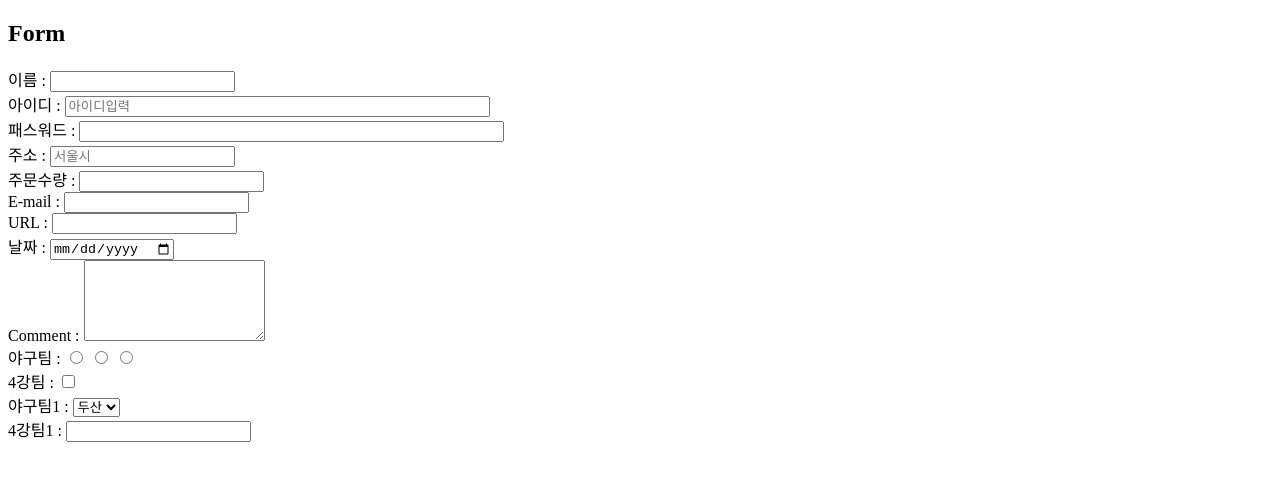
Repository: star-min/jsp_basic
Page: jsp1/web01/src/main/webapp/form.html
These files come from the project's save history. The page is drawn as it stood at one moment and after the next save; the edit follows.
The browser window is 1280 px wide. The pictures show the whole page.

Above is the page before, as saved 2022-04-22 05:40:31.

After the next save:
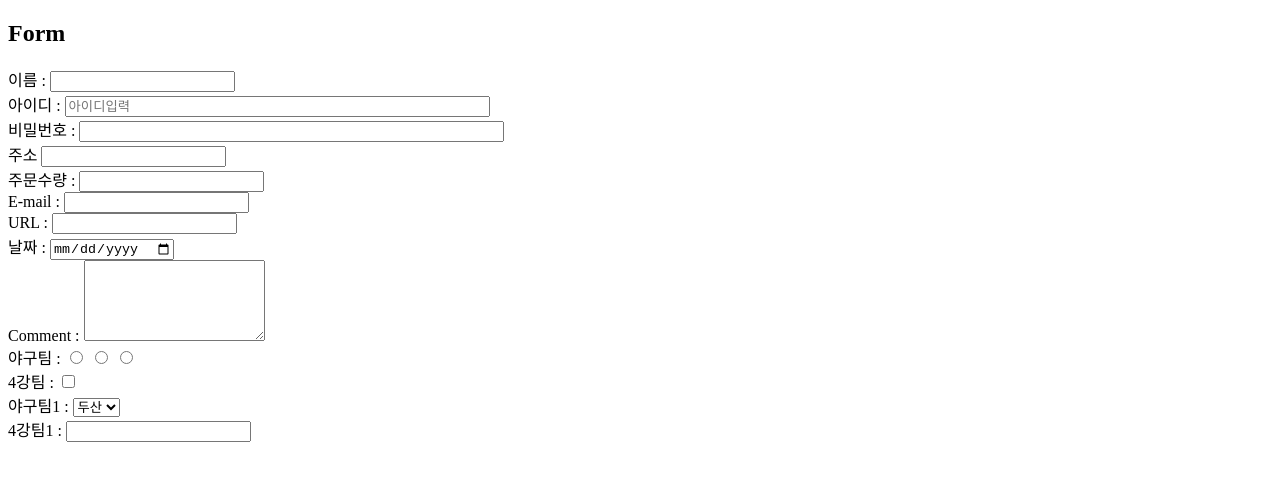
Saved 2 min 6 s later.
--- a/jsp1/web01/src/main/webapp/form.html
+++ b/jsp1/web01/src/main/webapp/form.html
@@ -14,37 +14,37 @@
 	<tbody>
 		<div>
 			<tr>
-				<th>이름 : </th>
+				<th><label for="">이름 : </label></th>
 				<td>
 					<input type="text" id="mname" name="mname" class="name">
 					</br>
 				</td>
 			</tr>
 			<tr>
-				<th>아이디 : </th>
+				<th><label for="">아이디 : </label></th>
 				<td>
 					<input type="text" id="id" name="id" class="indata" size="50" placeholder="아이디입력" required>
 					</br>
 				</td>
 			</tr>
 			<tr>
-				<th>패스워드 : </th>
+				<th><label for="">비밀번호 : </label></th>
 				<td>
 					<input type="password"  id="upw" name="upw" class="pw" size="50">
 					</br>
 				</td>
 			</tr>
 			<tr>
-				<th>주소 : </th>
+				<th><label for="">주소</label></th>
 				<td>
-					<input type="text" placeholder="서울시">
+					<input type="text" >
 					</br>
 				</td>
 			</tr>
 			<tr>
 				<th>주문수량 : </th>
 				<td>
-					<input type="text" >
+					<input type="number" name="qty" id="qty" >
 					</br>
 				</td>
 			</tr>
